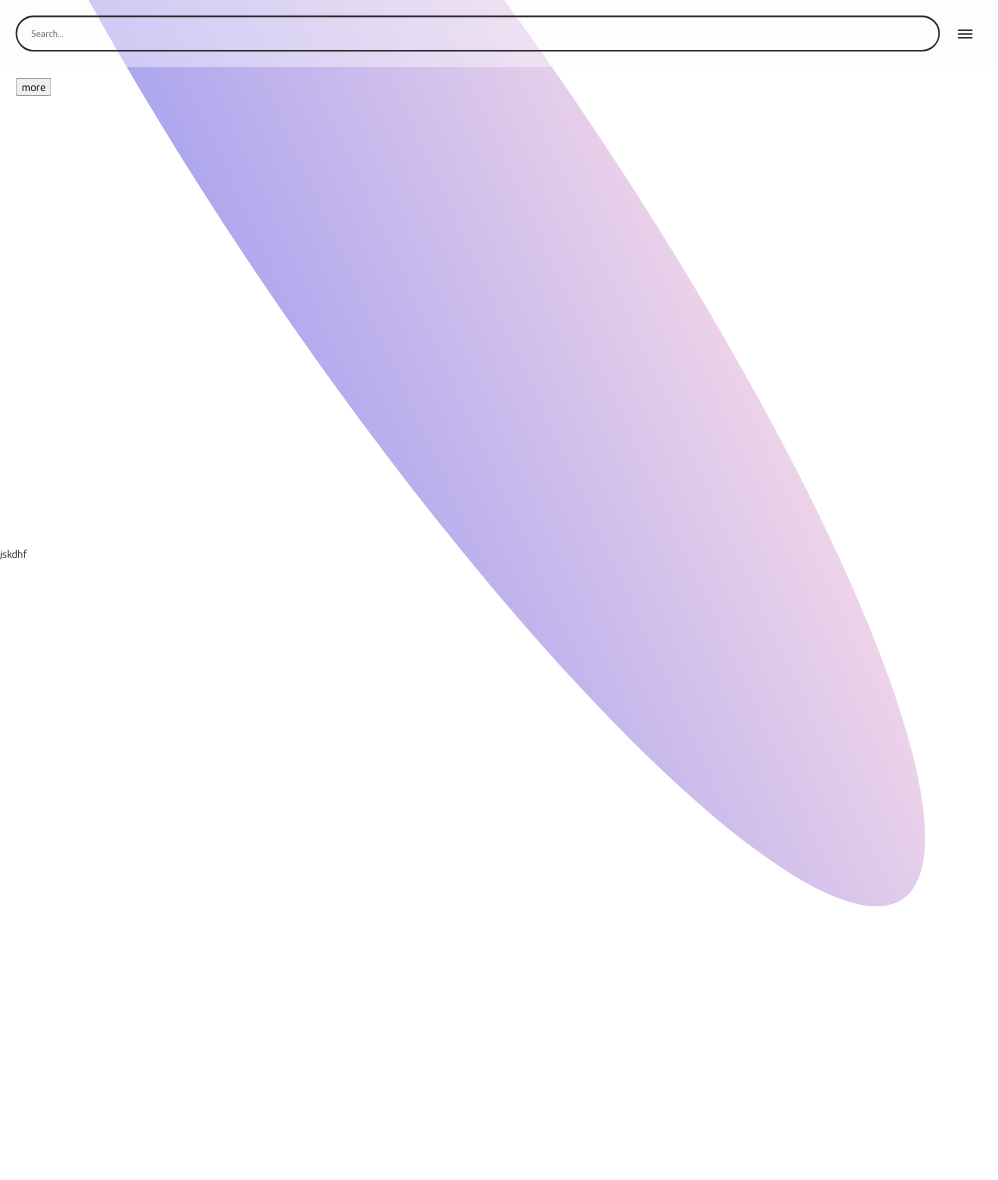
Repository: Axeliriya/my-test
Page: /
An editor plug-in stored every save of this project. The page is shown before and after the next save, followed by the edit.
The browser window is 1280 px wide. The pictures show the whole page, at 78% of full size.
The page's requests for data from a server got no answer. The project was rebuilt for these pictures with package versions that can differ from the ones it lists, and the page was loaded fresh each time. No one was signed in, and anything a server would have sent is missing. Also part of the build but not shown: src/components/ProductList/ProductList.tsx, src/components/ProductItem/ProductItem.tsx.

Above is the page before, as saved 2022-04-05 15:48:02.

### public/index.html
<!DOCTYPE html>
<html lang="en">
  <head>
    <meta charset="utf-8" />
    <link rel="icon" href="%PUBLIC_URL%/favicon.ico" />
    <meta name="viewport" content="width=device-width, initial-scale=1" />
    <meta name="theme-color" content="#9796F0" />
    <title>React App</title>
  </head>
  <body>
    <div id="root"></div>
  </body>
</html>

### src/index.tsx
import { createRoot } from 'react-dom/client';
import { App } from './components';
import './assets/styles/main.scss';

const root = createRoot(document.getElementById('root') as HTMLDivElement);
root.render(<App />);

### src/components/index.ts
export * from './App/App';
export * from './Layout/Layout';
export * from './Header/Header';
export * from './Button/Button';
export * from './Input/Input';
export * from './ProductList/ProductList';
export * from './ProductItem/ProductItem';
export * from './Main/Main';

### src/assets/styles/main.scss
@import './base/normalize';
@import './base/fonts';
@import './utils/variables';
@import './utils/mixins';
@import './utils/placeholder';
@import './base/body';

### src/components/App/App.tsx
import { useEffect, useState } from 'react';
import { Layout, ProductList } from '..';
import { ProductModel } from '../../interfaces/product.interface';
import { getProducts } from '../../services/api-service';
import styles from './App.module.scss';
// import { AppProps } from './App.props';

export const App = (): JSX.Element => {
  return (
    <div className={styles.app}>
      <Layout />
    </div>
  );
};

### src/components/Layout/Layout.tsx
import { Header, Input, Main } from '..';
import styles from './Layout.module.scss';
import { LayoutProps } from './Layout.props';

export const Layout = ({ children }: LayoutProps): JSX.Element => {
  return (
    <div className={styles.layout}>
      <Header>
        <Input placeholder="Search..." />
      </Header>
      <Main />
      <footer className={styles.main}>jskdhf</footer>
    </div>
  );
};

### src/components/Header/Header.tsx
/* eslint-disable no-constant-condition */
import styles from './Header.module.scss';
import { HeaderProps } from './Header.props';
import { ReactComponent as Burger } from './burger.svg';
import { ReactComponent as Search } from './search.svg';
import { Button } from '..';

export const Header = ({ children, ...props }: HeaderProps): JSX.Element => {
  return (
    <header className={styles.header} {...props}>
      <div className={styles.wrapper}>
        {false ? (
          <>
            <a className={styles.logo} href="/">
              Сlothes
            </a>
            <Button>
              <Search />
            </Button>
          </>
        ) : (
          <div className={styles.input}>{children}</div>
        )}
      </div>
      <Button>
        <Burger />
      </Button>
    </header>
  );
};

### src/components/Button/Button.tsx
import styles from './Button.module.scss';
import { ButtonProps } from './Button.props';
import cn from 'classnames';

export const Button = ({
  appearance,
  children,
  className,
  ...props
}: ButtonProps) => {
  return (
    <button
      className={cn(styles.button, className, {
        [styles.primary]: appearance === 'primary',
        [styles.green]: appearance === 'green',
        [styles.ghost]: appearance === 'ghost',
      })}
      {...props}
    >
      {children}
    </button>
  );
};

### src/components/Input/Input.tsx
import styles from './Input.module.scss';
import { InputProps } from './Input.props';
import cn from 'classnames';

export const Input = ({ className, ...props }: InputProps): JSX.Element => {
  return <input className={cn(styles.input, className)} {...props} />;
};

### src/components/Main/Main.tsx
import { useEffect, useState } from 'react';
import { ProductList } from '..';
import { ProductModel } from '../../interfaces/product.interface';
import { getProducts } from '../../services/api-service';
import styles from './Main.module.scss';

export const Main = (): JSX.Element => {
  const [products, setProducts] = useState<ProductModel[]>();
  const [fullList, setFullist] = useState<ProductModel[]>();
  const [page, setPage] = useState<number>(1);

  useEffect(() => {
    const fetch = async () => {
      const { data } = await getProducts();
      setFullist(data?.data?.products);

      const productList = getListByPage(page, data?.data?.products);

      setProducts(productList);
    };
    fetch();
  }, [page]);

  function getListByPage(pageNumber: number, fullList: ProductModel[]) {
    if (pageNumber < 1) return [];

    const itemsPerPage = 10;
    const start = (pageNumber - 1) * itemsPerPage;
    const end = start + itemsPerPage;
    return fullList.slice(start, end);
  }

  const onClickPage = (nextPage: number) => {
    setPage((nextPage += 1));
    fullList && getListByPage(page, fullList);
  };
  return (
    <main className={styles.main}>
      {products && <ProductList products={products} />}
      {/* <ul>
    {products?.map(product => (
      <li key={product.name}>{product.name}</li>
    ))}
  </ul> */}
      <button onClick={() => onClickPage(page)}>more</button>
      <div className={styles.bg} />
    </main>
  );
};

### src/assets/styles/base/_fonts.scss
@font-face {
  font-family: 'Glory';
  font-style: normal;
  font-weight: 400;
  src: url('../../fonts/glory-regular.woff2') format('woff2'),
    url('../../fonts/glory-regular.ttf') format('ttf');
}

@font-face {
  font-family: 'Glory';
  font-style: normal;
  font-weight: 500;
  src: url('../../fonts/glory-medium.woff2') format('woff2'),
    url('../../fonts/glory-medium.ttf') format('ttf');
}

@font-face {
  font-family: 'Glory';
  font-style: normal;
  font-weight: 600;
  src: url('../../fonts/glory-semibold.woff2') format('woff2'),
    url('../../fonts/glory-semibold.ttf') format('ttf');
}

@font-face {
  font-family: 'Glory';
  font-style: normal;
  font-weight: 700;
  src: url('../../fonts/glory-bold.woff2') format('woff2'),
    url('../../fonts/glory-bold.ttf') format('ttf');
}

### src/assets/styles/utils/_variables.scss
$primary-color: #ffffff;
$primary-text-color: #272525;
$alternate-bg-color: #eef1f6;
$secondery-text-color: #454747;
$secondery-color: #3c336c;
$accent-color: #309f85;
$light-color: #c4c4c4;
$main-gradient: linear-gradient(38.95deg, #9796f0 -10.38%, #ffe0e8 107.56%);

$cubic: 250ms cubic-bezier(0.4, 0, 0.2, 1);

$font: Glory, sans-serif;

### src/assets/styles/utils/_mixins.scss
@mixin font($weight, $size, $line-height: 1.3, $family: $font) {
  font-family: $family;
  font-weight: $weight;
  font-size: $size;
  line-height: $line-height;
}

### src/assets/styles/utils/_placeholder.scss
%link {
  text-decoration: none;
}

%list {
  list-style: none;
  margin: 0;
  padding: 0;
}

%input {
  @include font(500, 13px, 1.4);
  padding: 12px 18px;
  background: transparent;
  color: $primary-text-color;
  border: 2px solid $primary-text-color;
  border-radius: 50px;
}

%btn-icon {
  padding: 10px;
  background-color: transparent;
  border: 1px solid transparent;
  border-radius: 5px;
  cursor: pointer;
  transition: all $cubic;
}

%btn {
  @include font(500, 13px, 1.4);
  color: $primary-color;
  padding: 12px 18px;
  border-radius: 50px;
}

### src/assets/styles/base/_body.scss
img {
  display: block;
  width: 100%;
  height: auto;
}

body {
  margin: 0;
  background-color: $primary-color;
  color: $primary-text-color;
  @include font(400, 15px);
}

code {
  font-family: source-code-pro, Menlo, Monaco, Consolas, 'Courier New',
    monospace;
}

### src/components/App/App.module.scss
// .app {
//   min-height: 100vh;
//   display: grid;
//   grid-template-rows: 1fr;
// }

@media screen and (min-width: 520px) {
  .app {
    grid-template-columns: auto 1fr auto;
  }
}

@media screen and (min-width: 682px) {
  .app {
    grid-template-columns: auto 665px auto;
  }
}

### src/components/Layout/Layout.module.scss
.layout {
  display: grid;
  grid-template-columns: auto 1fr auto;
  grid-template-rows: 1fr auto;
  min-height: 100vh;
}

.footer {
  grid-column: 1 / -1;
}

@media screen and (min-width: 520px) {
  .app {
    grid-template-columns: auto 1fr auto;
  }
}

@media screen and (min-width: 682px) {
  .app {
    grid-template-columns: auto 665px auto;
  }
}

### src/components/Header/Header.module.scss
@import '../../assets/styles/main.scss';

.header {
  position: fixed;
  width: 100%;
  display: flex;
  justify-content: space-between;
  align-items: center;
  background: rgba(250, 251, 253, 0.44);
  padding: 20px;
}

.wrapper {
  width: 100%;
  display: flex;
  justify-content: space-between;
  align-items: center;
  margin-right: 10px;
}

.logo {
  @extend %link;
  font-weight: 700;
  font-size: 36px;
  line-height: 105.5%;
  color: $primary-text-color;
  &:hover {
    color: $secondery-text-color;
  }
}

.input {
  width: 100%;
}

// @media screen and (min-width: 520px) {
//   .app {
//     grid-template-columns: auto 1fr auto;
//   }
// }

// @media screen and (min-width: 682px) {
//   .app {
//     grid-template-columns: auto 665px auto;
//   }
// }

### src/components/Button/Button.module.scss
@import '../../assets/styles/main.scss';

.button {
  @extend %btn-icon;
}

.button svg {
  display: block;
  width: 100%;
  height: auto;
}

.primary,
.green,
.ghost {
  @extend %btn;
  background-color: $secondery-color;
  &:hover {
    padding: 14px 20px;
    box-shadow: 0px 20px 50px rgba(0, 0, 0, 0.1);
    border-radius: 55px;
  }
}

.green {
  background-color: $accent-color;
}

.ghost {
  background-color: $light-color;
}

### src/components/Input/Input.module.scss
@import '../../assets/styles/main.scss';

.input {
  width: 100%;
  @extend %input;
  &:focus {
    border: 1px solid $primary-text-color;
  }
}

### src/components/ProductList/ProductList.module.scss
@import '../../assets/styles/main.scss';

.users {
  display: grid;
  gap: 12px;

  @extend %list;
}

### src/services/api-service.ts
import axios from 'axios';

axios.defaults.baseURL = `https://artisant.io/api`;

export const getProducts = async () => {
  return await axios.get(`/products`);
};

### src/components/Main/Main.module.scss
@import '../../assets/styles/main.scss';

.main {
  padding: 100px 20px 20px 20px;
  grid-column: 1 / -1;
}

.bg {
  position: absolute;
  top: 0;
  left: -100px;
  z-index: -1;
  width: 100%;
  height: 500px;
  background: $main-gradient;
  transform: skew(10deg, 50deg) scale(1, 2);
  border-radius: 50%;
  overflow: hidden;
}

@media screen and (min-width: 520px) {
  // .main {
  //   grid-template-columns: auto 1fr;
  //   grid-template-rows: 1fr;
  //   grid-column: 2 / 3;
  // }
}

Loaded but not shown: src/assets/styles/base/_normalize.scss (common file)

After the next save:
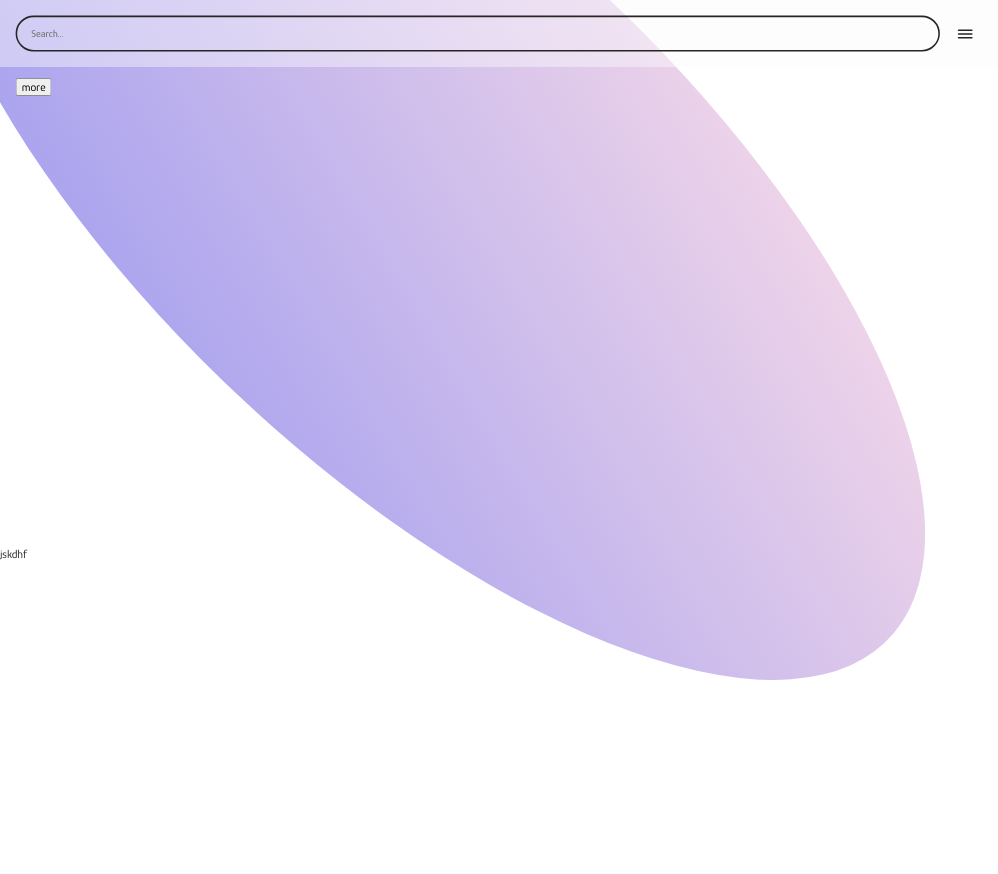
Saved 20 s later.
--- a/src/components/Main/Main.module.scss
+++ b/src/components/Main/Main.module.scss
@@ -13,7 +13,7 @@
   width: 100%;
   height: 500px;
   background: $main-gradient;
-  transform: skew(10deg, 50deg) scale(1, 2);
+  transform: skew(10deg, 30deg) scale(1, 2);
   border-radius: 50%;
   overflow: hidden;
 }
